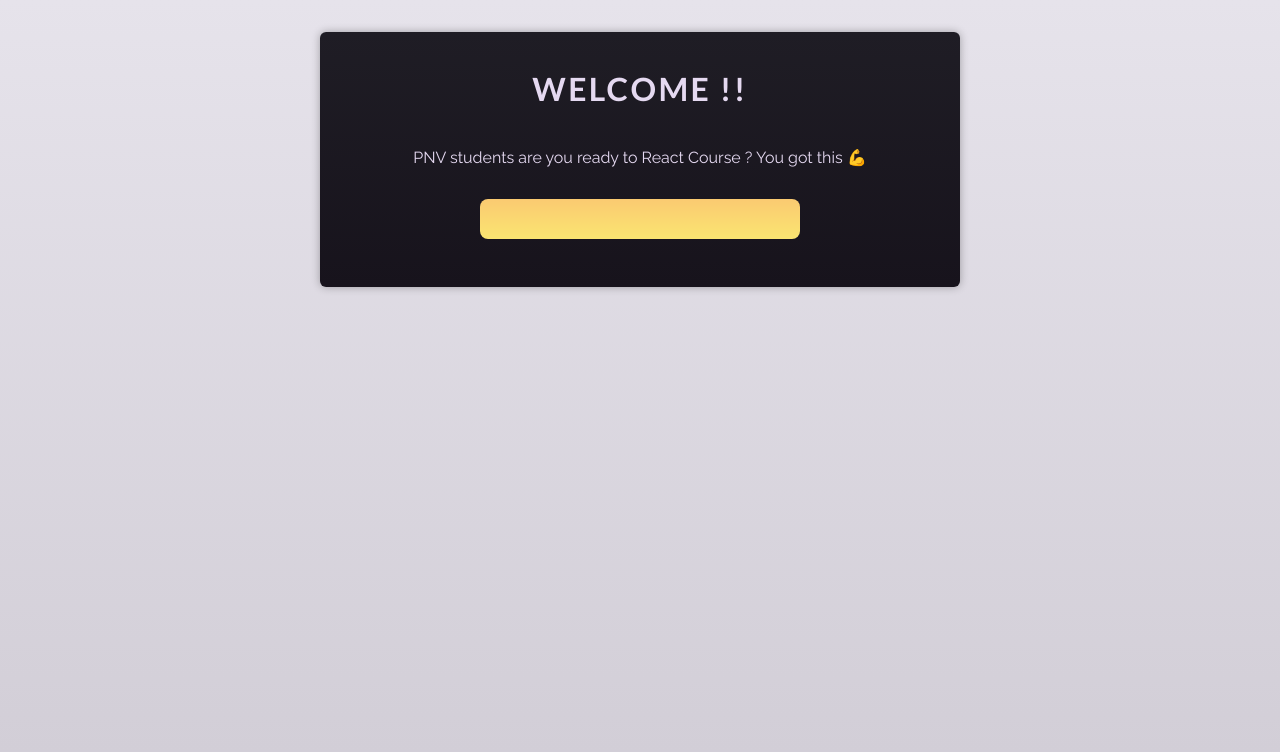
Repository: SoutPanhavon168/S2---PRACTICE---Props---List-display
Page: / (app in exercise-1/)
An editor plug-in stored every save of this project. The page is shown before and after a run of saves, followed by the edit.
The browser window is 1280 px wide. The pictures show the whole page.
The project was rebuilt for these pictures with package versions that can differ from the ones it lists, and the page was loaded fresh each time. Also part of the build but not shown: exercise-1/vite.config.js.

Above is the page before, as saved 2025-02-27 13:57:03.

After the next 2 saves:
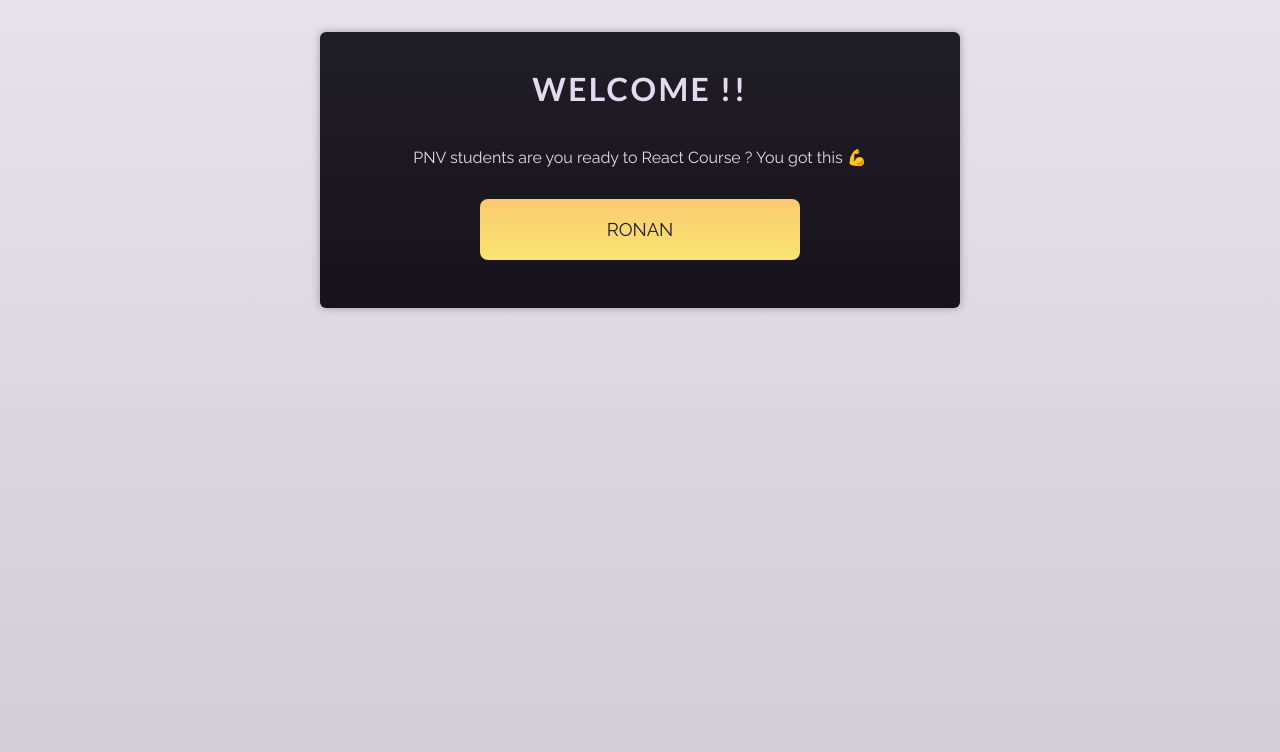
The 2 saves are shown as one change because they came seconds apart.
The last was saved 10 s later.
--- a/exercise-1/src/App.jsx
+++ b/exercise-1/src/App.jsx
@@ -22,7 +22,7 @@ function App() {
     <div id="app">
       <h1>WELCOME !!</h1>
       <p>PNV students are you ready to React Course ? You got this 💪</p>
-      <User firstName={User.firstName}/>
+      <User firstName={userData.firstName} lastName/>
     </div>
   );
 }
